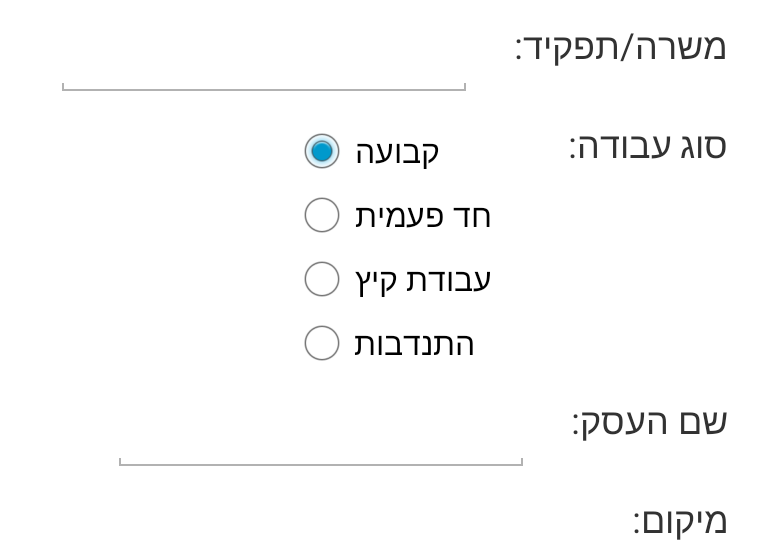
Repository: rodi055/jobli
Layout: Jobli/res/layout/fragment_create_job.xml
The author's editor kept a copy of each file at every save. The layout is drawn from the files as they stood at one save, then again after the next save.
The pictures show rows 0 to 544 of an output 1280 px tall.
Pictures or frames that could not be fetched are drawn as grey boxes. It is drawn on a 768 x 1280 px phone screen (xhdpi) without system bars, with theme AppTheme; the app's code is not run. The app's manifest (not shown) leaves right-to-left support off. So textAlignment, textDirection and layoutDirection are ignored, and left and right values win over start and end ones.

Above is the layout before, as saved 2015-01-02 17:17:22.

After the next save:
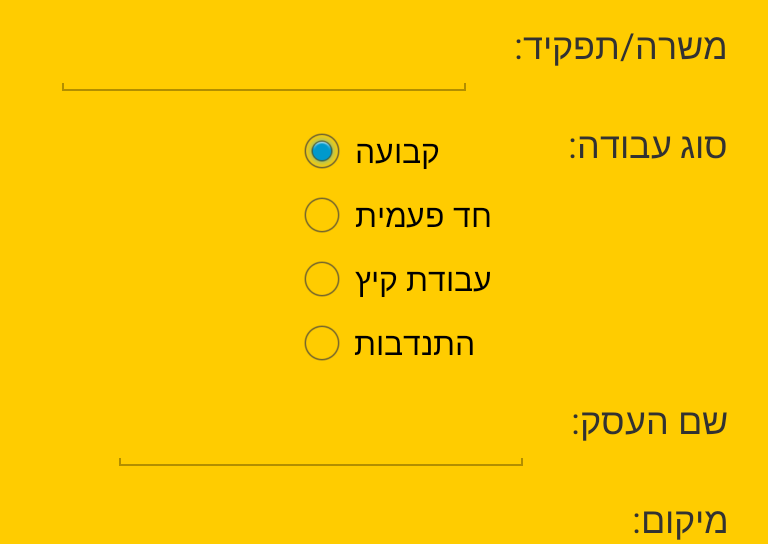
Saved 17 h 9 min later.
--- a/Jobli/res/layout/fragment_create_job.xml
+++ b/Jobli/res/layout/fragment_create_job.xml
@@ -2,7 +2,8 @@
 <LinearLayout xmlns:android="http://schemas.android.com/apk/res/android"
     android:layout_width="match_parent"
     android:layout_height="match_parent"
-    android:orientation="vertical" >
+    android:orientation="vertical"
+     android:background="#FFCC00">
 
     <ScrollView
         android:layout_width="match_parent"
